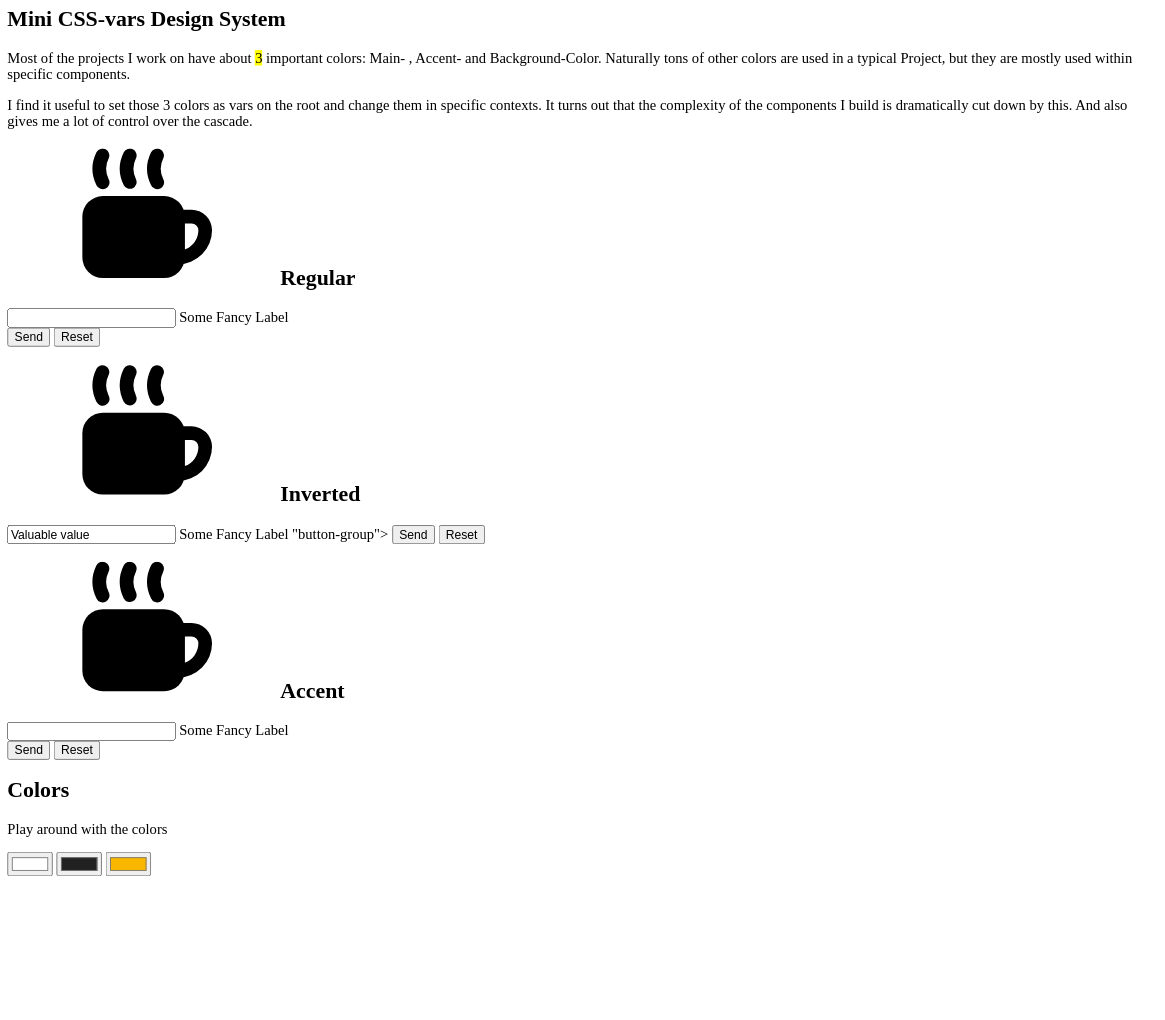
Repository: navid-amini12/capstone-1
Page: quiz.html
An editor plug-in stored every save of this project. The page is shown before and after the next save, followed by the edit.
The browser window is 1280 px wide. The pictures show the whole page, at 91% of full size.
Some web fonts or font styles are not loaded; a fallback is used.

Above is the page before, as saved 2022-05-17 12:11:16.

### quiz.html
<article class="l-design-widht">
    <h1>Mini CSS-vars Design System</h1>

    <p>Most of the projects I work on have about <mark>3</mark> important colors: Main- , Accent-  and Background-Color. Naturally tons of other colors are used in a typical Project, but they are mostly used within specific components.</p>

    <p>I find it useful to set those 3 colors as vars on the root and change them in specific contexts. It turns out that the complexity of the components I build is dramatically cut down by this. And also gives me a lot of control over the cascade.</p>

    <div class="card">
      <h2><svg class="icon" aria-hidden="true">
        <use xlink:href="#icon-coffee" href="#icon-coffee" /></svg>Regular</h2>
      <label class="input">
        <input class="input__field" type="text" placeholder=" " />
        <span class="input__label">Some Fancy Label</span>
      </label>
      <div class="button-group">
        <button>Send</button>
        <button type="reset">Reset</button>
      </div>
    </div>
    <div class="card card--inverted">
      <h2> <svg class="icon" aria-hidden="true">
        <use xlink:href="#icon-coffee" href="#icon-coffee" />
      </svg>Inverted</h2>
      <label class="input">
        <input class="input__field" type="text" placeholder=" " value="Valuable value" />
        <span class="input__label">Some Fancy Label</span>
      </label>
     "button-group">
        <button>Send</button>
        <button type="
      <div class=reset">Reset</button>
      </div>
    </div>
      <div class="card card--accent">
      <h2><svg class="icon" aria-hidden="true">
        <use xlink:href="#icon-coffee" href="#icon-coffee" />
      </svg>Accent</h2>
      <label class="input">
        <input class="input__field" type="text" placeholder=" " />
        <span class="input__label">Some Fancy Label</span>
      </label>

      <div class="button-group">
        <button>Send</button>
        <button type="reset">Reset</button>
      </div>
    </div>

      <div class="card card--inverted">
      <h2>Colors</h2>
      <p>Play around with the colors</p>
      <input type="color" data-color="light" value="#ffffff" />
      <input type="color" data-color="dark" value="#212121" />
      <input type="color" data-color="signal" value="#fab700" />
    </div>
  </article>

  <svg xmlns="http://www.w3.org/2000/svg" class="hidden">
    <symbol id="icon-coffee" viewBox="0 0 20 20">
      <title>icon-coffee</title>
      <path fill="currentColor" d="M15,17H14V9h3a3,3,0,0,1,3,3h0A5,5,0,0,1,15,17Zm1-6v3.83A3,3,0,0,0,18,12a1,1,0,0,0-1-1Z"/>
      <rect fill="currentColor" x="1" y="7" width="15" height="12" rx="3" ry="3"/>
      <path fill="var(--color-accent)" d="M7.07,5.42a5.45,5.45,0,0,1,0-4.85,1,1,0,0,1,1.79.89,3.44,3.44,0,0,0,0,3.06,1,1,0,0,1-1.79.89Z"/>
      <path fill="var(--color-accent)" d="M3.07,5.42a5.45,5.45,0,0,1,0-4.85,1,1,0,0,1,1.79.89,3.44,3.44,0,0,0,0,3.06,1,1,0,1,1-1.79.89Z"/>
      <path fill="var(--color-accent)" d="M11.07,5.42a5.45,5.45,0,0,1,0-4.85,1,1,0,0,1,1.79.89,3.44,3.44,0,0,0,0,3.06,1,1,0,1,1-1.79.89Z"/>
    </symbol>
  </svg>

### quiz.css
@import url('https://rsms.me/inter/inter.css');

:root {
  --color-light: white;
  --color-dark: #212121;
  --color-signal: #fab700;

  --color-background: var(--color-light);
  --color-text: var(--color-dark);
  --color-accent: var(--color-signal);

  --size-bezel: .5rem;
  --size-radius: 4px;

  line-height: 1.4;

  font-family: 'Inter', sans-serif;
  font-size: calc(.6rem + .4vw);
  color: var(--color-text);
  background: var(--color-background);
  font-weight: 300;
  padding: 0 calc(var(--size-bezel) * 3);
}

h1, h2, h3 {
  font-weight: 900;
}

mark {
  background: var(--color-accent);
  color: var(--color-text);
  font-weight: bold;
  padding: 0 0.2em;
}

.card {
  background: var(--color-background);
  padding: calc(4 * var(--size-bezel));
  margin-top: calc(4 * var(--size-bezel));
  border-radius: var(--size-radius);
  border: 3px solid var(--color-shadow, currentColor);
  box-shadow: .5rem .5rem 0 var(--color-shadow, currentColor);

  &--inverted {
    --color-background: var(--color-dark);
    color: var(--color-light);
    --color-shadow: var(--color-accent);
  }

  &--accent {
    --color-background: var(--color-signal);
    --color-accent: var(--color-light);
    color: var(--color-dark);
  }

  *:first-child {
    margin-top: 0;
  }
}


.l-design-widht {
  max-width: 40rem;
  padding: 1rem;
}

.input {
  position: relative;

  &__label {
    position: absolute;
    left: 0;
    top: 0;
    padding: calc(var(--size-bezel) * 0.75) calc(var(--size-bezel) * .5);
    margin: calc(var(--size-bezel) * 0.75 + 3px) calc(var(--size-bezel) * .5);
    background: pink;
    white-space: nowrap;
    transform: translate(0, 0);
    transform-origin: 0 0;
    background: var(--color-background);
    transition: transform 120ms ease-in;
    font-weight: bold;
    line-height: 1.2;
  }
  &__field {
    box-sizing: border-box;
    display: block;
    width: 100%;
    border: 3px solid currentColor;
    padding: calc(var(--size-bezel) * 1.5) var(--size-bezel);
    color: currentColor;
    background: transparent;
    border-radius: var(--size-radius);

    &:focus,
    &:not(:placeholder-shown) {
      & + .input__label {
        transform: translate(.25rem, -65%) scale(.8);
        color: var(--color-accent);
      }
    }
  }
}


.button-group {
  margin-top: calc(var(--size-bezel) * 2.5);
}

button {
  color: currentColor;
  padding: var(--size-bezel) calc(var(--size-bezel) * 2);
  background: var(--color-accent);
  border: none;
  border-radius: var(--size-radius);
  font-weight: 900;

  &[type=reset]{
    background: var(--color-background);
    font-weight: 200;
  }
}

button + button {
  margin-left: calc(var(--size-bezel) * 2);
}

.icon {
  display: inline-block;
  width: 1em; height: 1em;
  margin-right: .5em;
}

.hidden {
  display: none;
}

After the next save:
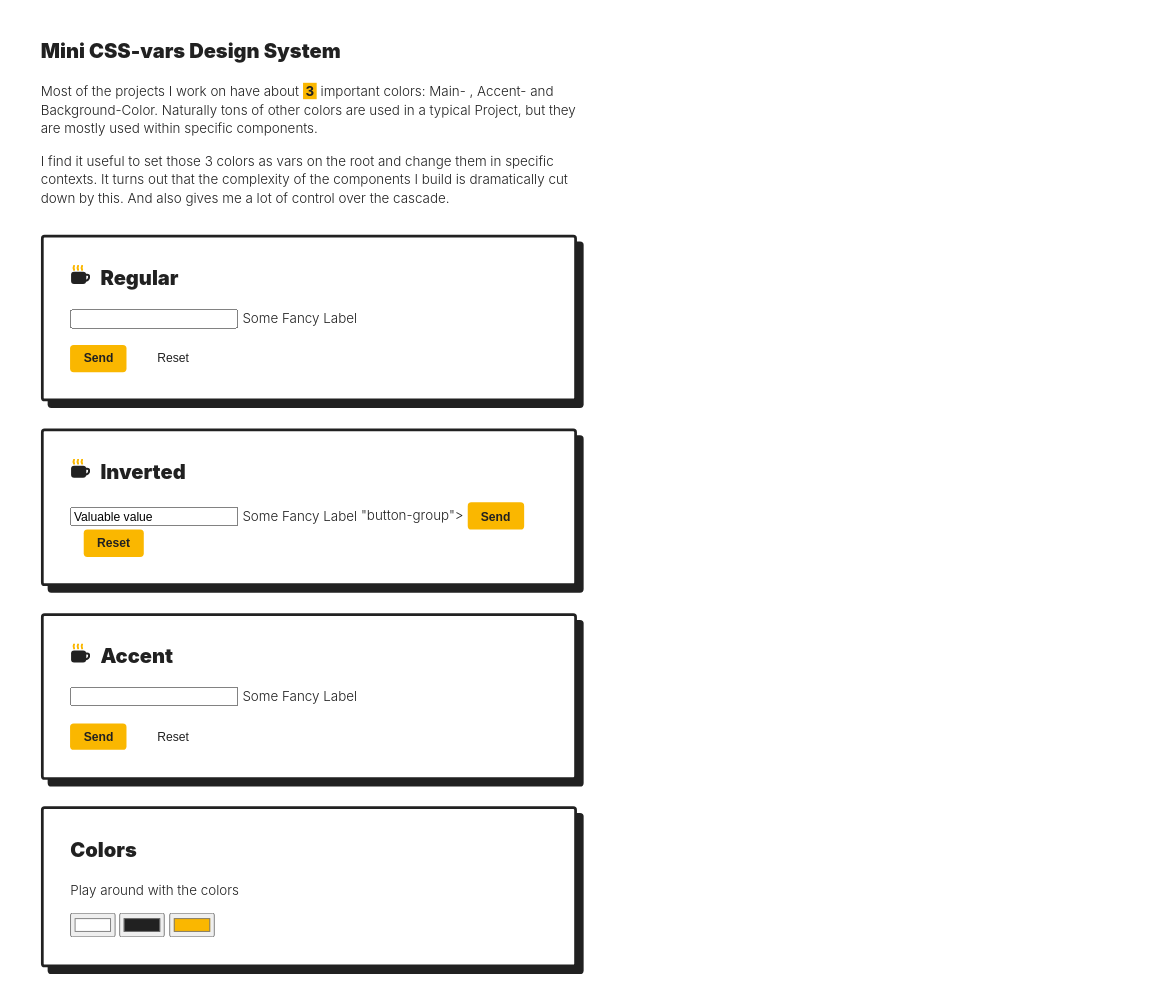
Saved 4 min 41 s later.
--- a/quiz.html
+++ b/quiz.html
@@ -1,3 +1,8 @@
+
+<head>
+    <link rel="stylesheet" href="quiz.css">
+    </head>
+
 <article class="l-design-widht">
     <h1>Mini CSS-vars Design System</h1>
 
